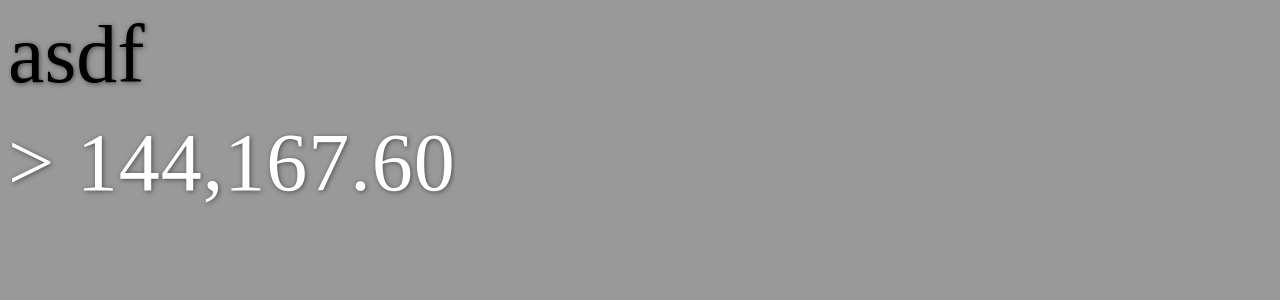
Repository: LOUISINTERNET/bounty
Page: examples/index.html
An editor plug-in stored every save of this project. The page is shown before and after the next save, followed by the edit.
The browser window is 1280 px wide. The pictures show the whole page.
Some web fonts or font styles are not loaded; a fallback is used.

Above is the page before, as saved 2022-01-25 11:05:49.

### examples/index.html
<!doctype html>
<html lang="en">

<head>
  <meta charset="utf-8">
  <title>bounty</title>
  <meta http-equiv="X-UA-Compatible" content="IE=edge,chrome=1">
  <meta name="author" content="Coderitual">
  <meta name="description" content="Canvas 2d odometer effect">
  <meta name="viewport" content="width=device-width, minimum-scale=1.0, initial-scale=1.0, user-scalable=yes">
  <style type="text/css">
    @font-face {
      font-family: 'ITV Reem';
      src: url(assets/itvreem.woff) format('woff');
    }

    @font-face {
      font-family: 'WH Hoxton';
      src: url(assets/WHHoxtonWeb-Regular.woff) format('woff');
    }

    body {
      background-color: #999;
      font-family: 'WH Hoxton';
      font-size: 82px;
      text-shadow: 1px 1px 5px rgba(0, 0, 0, 0.5);
      fill: #fff;
    }
  </style>
</head>

<body>
  asdf
  <div class="js-bounty"></div>
  <script src="../lib/bounty.js"></script>
  <script>
    bounty.default({ el: '.js-bounty', value: '> 144,167.60' })
  </script>
</body>

</html>

Loaded but not shown: lib/bounty.js (library)

After the next save:
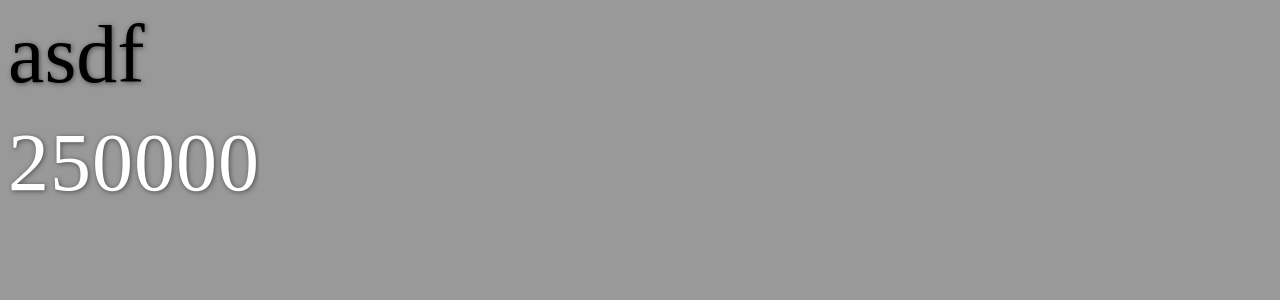
Saved 17 s later.
--- a/examples/index.html
+++ b/examples/index.html
@@ -34,7 +34,7 @@
   <div class="js-bounty"></div>
   <script src="../lib/bounty.js"></script>
   <script>
-    bounty.default({ el: '.js-bounty', value: '> 144,167.60' })
+    bounty.default({ el: '.js-bounty', value: '250000' })
   </script>
 </body>
 
